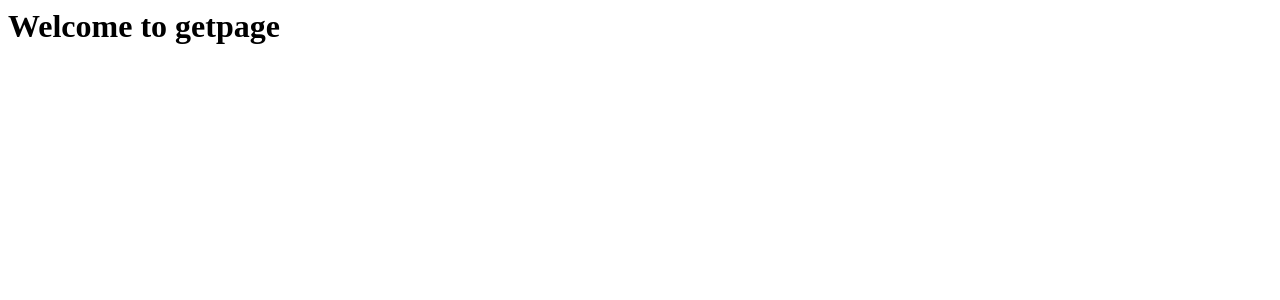
Repository: shivaramkrishna53/SERVLET_PROJECTS
Page: http://localhost/proj7-MarriageApp-formvalidationserverside/marriageurl
An editor plug-in stored every save of this project. The page is shown before and after the next save, followed by the edit.
The browser window is 1280 px wide. The pictures show the whole page.
The page is served by Tomcat 9.

Above is the page before, as saved 2021-01-12 06:59:33.

After the next save:
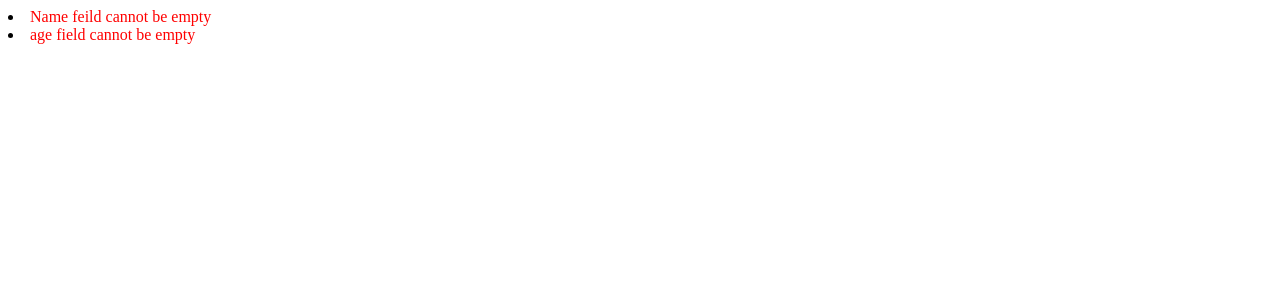
Saved 2 min 7 s later.
--- a/proj7-MarriageApp-formvalidationserverside/src/com/nt/servlet/MarriageServlet.java
+++ b/proj7-MarriageApp-formvalidationserverside/src/com/nt/servlet/MarriageServlet.java
@@ -91,9 +91,11 @@ public class MarriageServlet extends HttpServlet {
 	@Override
 	protected void doGet(HttpServletRequest req, HttpServletResponse res) throws ServletException, IOException {
 		System.out.println("do get");
-		res.setContentType("text/html");
-		PrintWriter pw=res.getWriter();
-		pw.println("<h1>Welcome to getpage</h1>");
+		doPost(req, res);
+		/*
+		 * res.setContentType("text/html"); PrintWriter pw=res.getWriter();
+		 * pw.println("<h1>Welcome to getpage</h1>");
+		 */
 
 	}
 
